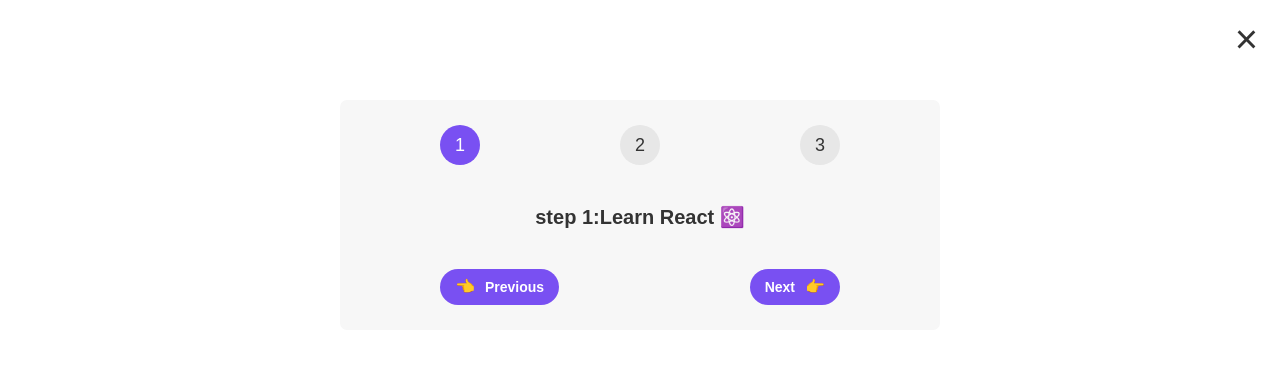
Repository: masamichan/steps
Page: /
An editor plug-in stored every save of this project. The page is shown before and after the next save, followed by the edit.
The browser window is 1280 px wide. The pictures show the whole page.
The project was rebuilt for these pictures with package versions that can differ from the ones it lists, and the page was loaded fresh each time.

Above is the page before, as saved 2024-01-23 09:26:23.

After the next save:
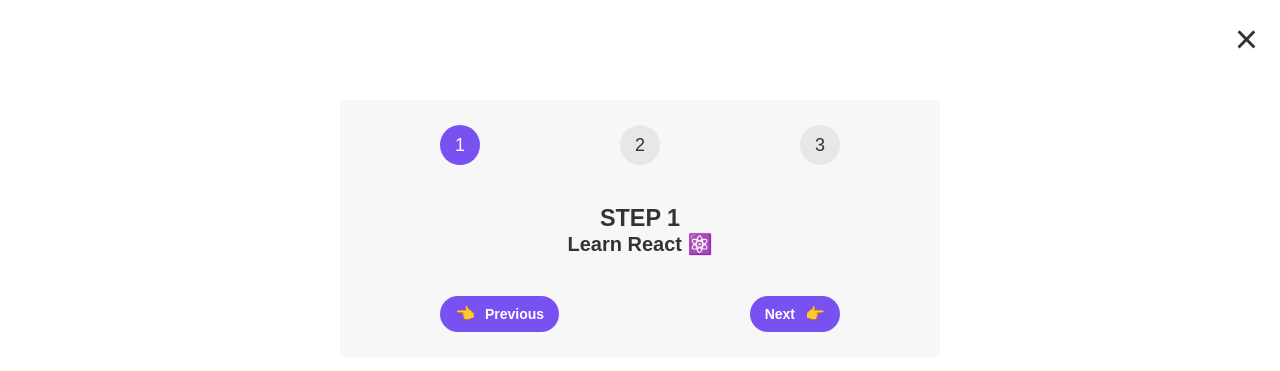
Saved 17 min 14 s later.
--- a/src/App.js
+++ b/src/App.js
@@ -34,7 +34,8 @@ export default function App() {
             <div className={step >= 3 ? "active" : ""}>3</div>
           </div>
           <p className="message">
-            step {step}:{messages[step - 1]}
+            <h3>step {step}</h3>
+            {messages[step - 1]}
           </p>
           <div className="buttons">
             <Button bgColor="#7950f2" textColor="#fff" onClick={handlePrevious}>
